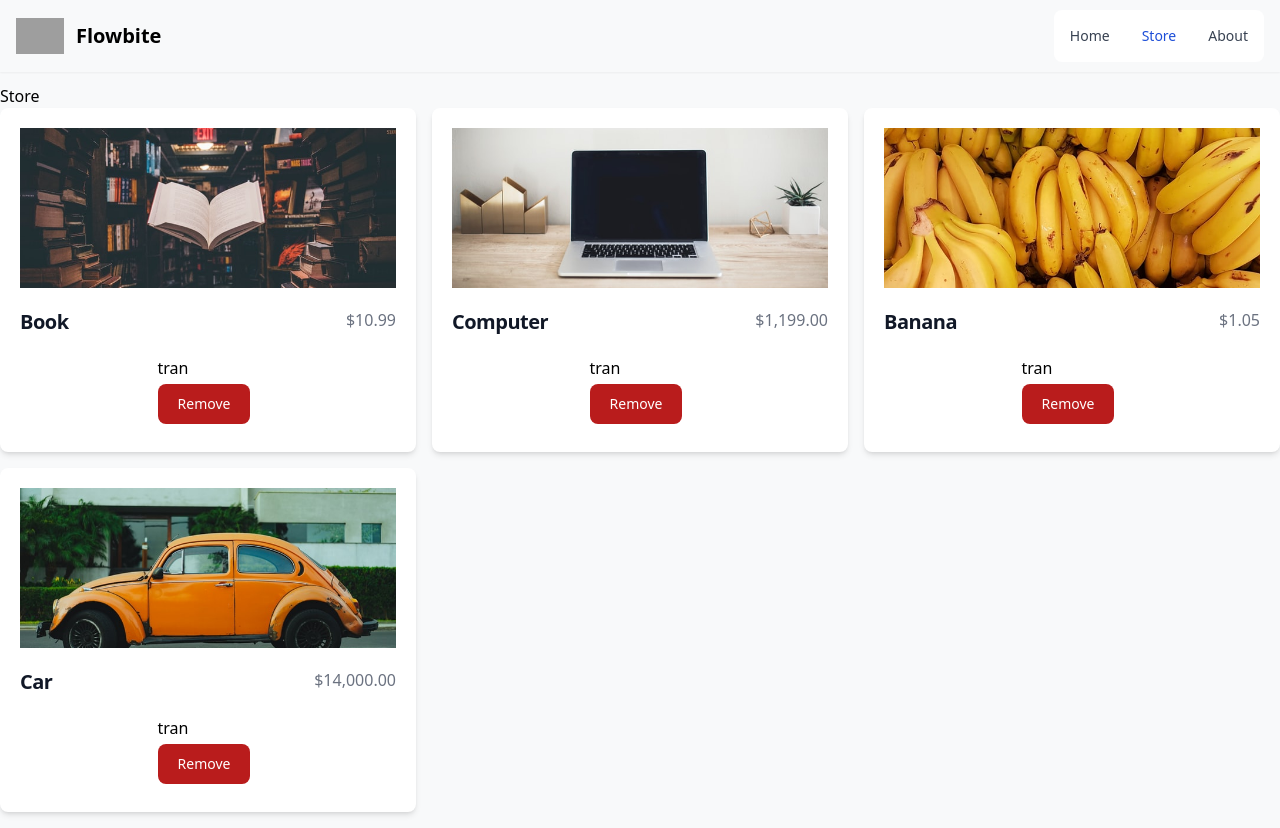
Repository: ducanhaep/react-ts-shopping-cart
Page: /store, after clicking the first element matching `button.text-white`
These files come from the project's save history. The page is drawn as it stood at one moment and after the next save; the edit follows.
The browser window is 1280 px wide. The pictures show the whole page.
Pictures or frames that could not be fetched are drawn as grey boxes. The project was rebuilt for these pictures with package versions that can differ from the ones it lists, and the page was loaded fresh each time. Also part of the build but not shown: vite.config.ts, src/pages/About.js, src/pages/Home.js.

Above is the page before, as saved 2023-01-11 20:02:49.

### src/App.tsx
import { Routes, Route } from "react-router-dom";
import { About } from "./pages/About";
import { Home } from "./pages/Home";
import { Store } from "./pages/Store";
import { Navbar } from "./components/Navbar";
function App() {
  return (
    <>
      <Navbar />
      <div className="container mb-4">
        <Routes>
          <Route path="/" element={<Home />} />
          <Route path="/store" element={<Store />} />
          <Route path="/about" element={<About />} />
        </Routes>
      </div>
    </>
  );
}

export default App;

### src/index.css
@tailwind base;
@tailwind components;
@tailwind utilities;
:root {
  font-synthesis: none;
  text-rendering: optimizeLegibility;
  -webkit-font-smoothing: antialiased;
  -moz-osx-font-smoothing: grayscale;
  -webkit-text-size-adjust: 100%;
}

/* Box sizing rules */
*,
*::before,
*::after {
  box-sizing: border-box;
}

/* Remove default margin */
body,
h1,
h2,
h3,
h4,
p,
figure,
blockquote,
dl,
dd {
  margin: 0;
}

/* Remove list styles on ul, ol elements with a list role, which suggests default styling will be removed */
ul[role="list"],
ol[role="list"] {
  list-style: none;
}

/* Set core root defaults */
html:focus-within {
  scroll-behavior: smooth;
}

/* Set core body defaults */
body {
  min-height: 100vh;
  text-rendering: optimizeSpeed;
  line-height: 1.5;
  background-color: #f8f9fa;
}

input,
button,
textarea,
select {
  font: inherit;
}

### src/pages/Store.tsx
import { StoreItem } from "../components/StoreItem";
import storeItems from "../data/items.json";
export function Store() {
  return (
    <>
      <h1>Store</h1>
      <div className="grid grid-cols-1 md:grid-cols-3 2xl:grid-cols-4 gap-8 md:gap-4">
        {storeItems.map((item) => (
          <StoreItem {...item} key={item.id} />
        ))}
      </div>
    </>
  );
}

### src/components/Navbar.tsx
import { Link, NavLink } from "react-router-dom";
import { BsFillCartFill } from "react-icons/bs";

export function Navbar() {
  return (
    <div className="shadow-sm mb-3">
      <nav className="containerbg-white border-gray-200 px-2 sm:px-4 py-2.5 rounded dark:bg-gray-900">
        <div className="container flex flex-wrap items-center justify-between mx-auto">
          <a href="#" className="flex items-center">
            <img
              src="https://flowbite.com/docs/images/logo.svg"
              className="h-6 mr-3 sm:h-9"
              alt="Flowbite Logo"
            />
            <span className="self-center text-xl font-semibold whitespace-nowrap dark:text-white">
              Flowbite
            </span>
          </a>
          <button
            data-collapse-toggle="navbar-default"
            type="button"
            aria-controls="navbar-default"
            aria-expanded="false"
            className="relative md:hidden text-blue-700 hover:text-white border border-blue-700 hover:bg-blue-800 focus:outline-none  font-medium rounded-lg text-sm px-5 py-2.5 text-center mr-2 mb-2"
          >
            <BsFillCartFill />
            <div className="absolute inline-flex items-center justify-center w-6 h-6 text-xs font-bold text-white bg-red-500 border-2 border-white rounded-full -top-2 -right-2 dark:border-gray-900">
              20
            </div>
          </button>
          <div className="hidden w-full md:block md:w-auto" id="navbar-default">
            <ul className="flex flex-col p-4 mt-4 border border-gray-100 rounded-lg bg-gray-50 md:flex-row md:space-x-8 md:mt-0 md:text-sm md:font-medium md:border-0 md:bg-white dark:bg-gray-800 md:dark:bg-gray-900 dark:border-gray-700">
              <li>
                <NavLink
                  to="/"
                  className={({ isActive }) =>
                    isActive
                      ? "text-white bg-blue-700 rounded md:bg-transparent md:text-blue-700 md:p-0 dark:text-white"
                      : "block py-2 pl-3 pr-4 text-gray-700 rounded hover:bg-gray-100 md:hover:bg-transparent md:border-0 md:hover:text-blue-700 md:p-0 dark:text-gray-400 md:dark:hover:text-white dark:hover:bg-gray-700 dark:hover:text-white md:dark:hover:bg-transparent"
                  }
                  aria-current="page"
                >
                  Home
                </NavLink>
              </li>
              <li>
                <NavLink
                  to="store"
                  className={({ isActive }) =>
                    isActive
                      ? "text-white bg-blue-700 rounded md:bg-transparent md:text-blue-700 md:p-0 dark:text-white"
                      : "block py-2 pl-3 pr-4 text-gray-700 rounded hover:bg-gray-100 md:hover:bg-transparent md:border-0 md:hover:text-blue-700 md:p-0 dark:text-gray-400 md:dark:hover:text-white dark:hover:bg-gray-700 dark:hover:text-white md:dark:hover:bg-transparent"
                  }
                >
                  Store
                </NavLink>
              </li>
              <li>
                <NavLink
                  to="about"
                  className={({ isActive }) =>
                    isActive
                      ? "text-white bg-blue-700 rounded md:bg-transparent md:text-blue-700 md:p-0 dark:text-white"
                      : "block py-2 pl-3 pr-4 text-gray-700 rounded hover:bg-gray-100 md:hover:bg-transparent md:border-0 md:hover:text-blue-700 md:p-0 dark:text-gray-400 md:dark:hover:text-white dark:hover:bg-gray-700 dark:hover:text-white md:dark:hover:bg-transparent"
                  }
                >
                  About
                </NavLink>
              </li>
            </ul>
          </div>
        </div>
      </nav>
    </div>
  );
}

### src/components/StoreItem.tsx
import { Link } from "react-router-dom";
import { formatCurrency } from "../utilities/formatCurrency";

interface StoreItemProps {
  id: number;
  name: string;
  price: number;
  imgUrl: string;
}
export function StoreItem({ id, name, price, imgUrl }: StoreItemProps) {
  const quantity: number = 1;
  return (
    <div className="w-full bg-white rounded-lg shadow-md">
      <div className="">
        <Link to="#">
          <img
            src={imgUrl}
            alt="imgUrl"
            className="rounded-t-lg p-5 object-cover h-[200px] w-full"
          />
        </Link>
      </div>
      <div className="flex flex-col px-5">
        <div className="flex justify-between">
          <Link to="#">
            <h5 className="text-xl font-semibold tracking-tight text-gray-900">
              {name}
            </h5>
          </Link>
          <p className="text-gray-500 font-medium">{formatCurrency(price)}</p>
        </div>
        <div className="flex justify-center py-5">
          {quantity === 0 ? (
            <button
              type="button"
              className="text-white w-full bg-blue-700 hover:bg-blue-800 font-medium rounded-lg text-sm px-5 py-2.5 mr-2 mb-2 "
            >
              + Add To Cart
            </button>
          ) : (
            <div className="flex flex-col justify-center gap-1">
              <div>tran</div>
              <button
                type="button"
                className="focus:outline-none text-white bg-red-700 hover:bg-red-800 font-medium rounded-lg text-sm px-5 py-2.5 mr-2 mb-2"
              >
                Remove
              </button>
            </div>
          )}
        </div>
      </div>
    </div>
  );
}

### src/data/items.json
[
	{
		"id": 1,
		"name": "Book",
		"price": 10.99,
		"imgUrl": "/imgs/book.jpg"
	},
	{
		"id": 2,
		"name": "Computer",
		"price": 1199,
		"imgUrl": "/imgs/computer.jpg"
	},
	{
		"id": 3,
		"name": "Banana",
		"price": 1.05,
		"imgUrl": "/imgs/banana.jpg"
	},
	{
		"id": 4,
		"name": "Car",
		"price": 14000,
		"imgUrl": "/imgs/car.jpg"
	}
]

### tailwind.config.cjs
/** @type {import('tailwindcss').Config} */
module.exports = {
  content: ["./index.html", "./src/**/*.{js,ts,jsx,tsx}"],
  theme: {
    container: {
      center: true,
    },
    extend: {
      colors: {
        "light-color": "#f8f9fa",
      },
    },
  },
  plugins: [],
};

Loaded but not shown: index.html (common file); src/main.tsx (common file); src/utilities/formatCurrency.ts (common file)

After the next save:
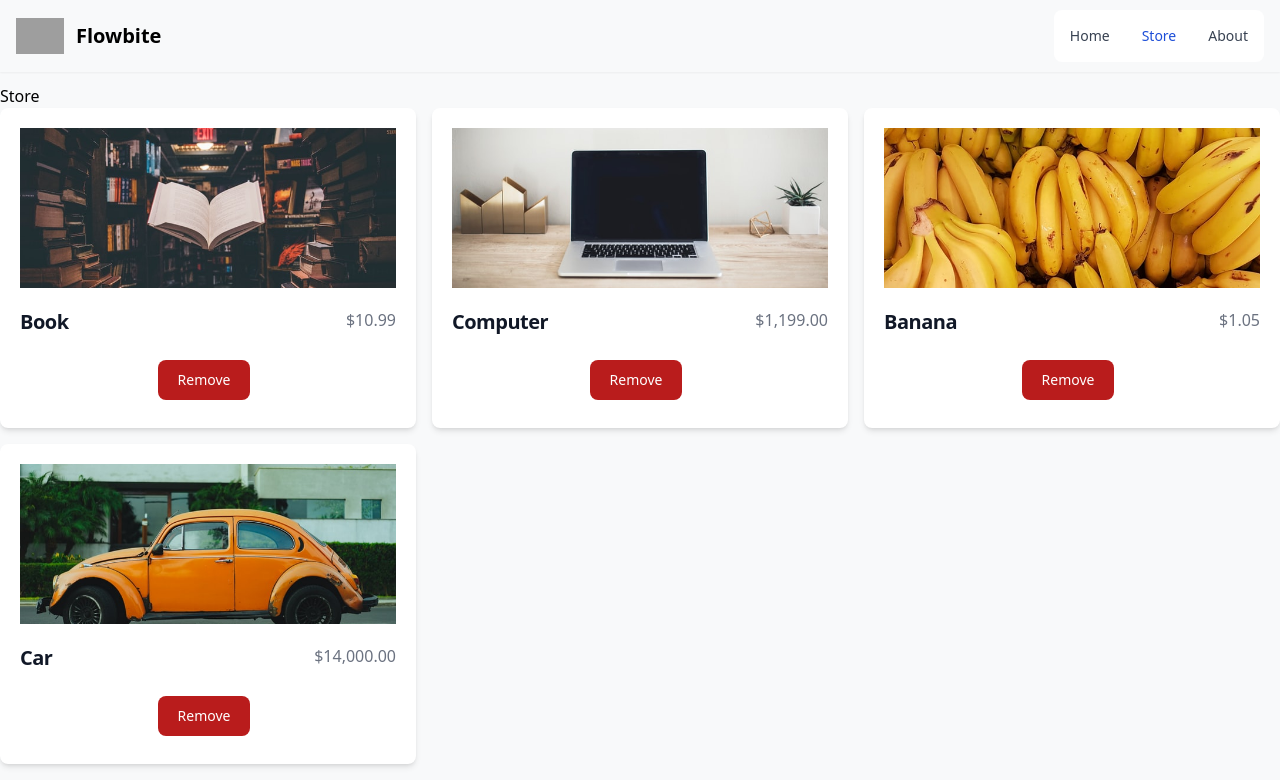
Saved 35 s later.
--- a/src/components/StoreItem.tsx
+++ b/src/components/StoreItem.tsx
@@ -39,7 +39,7 @@ export function StoreItem({ id, name, price, imgUrl }: StoreItemProps) {
             </button>
           ) : (
             <div className="flex flex-col justify-center gap-1">
-              <div>tran</div>
+              <div className="flex justify-center gap-1"></div>
               <button
                 type="button"
                 className="focus:outline-none text-white bg-red-700 hover:bg-red-800 font-medium rounded-lg text-sm px-5 py-2.5 mr-2 mb-2"
